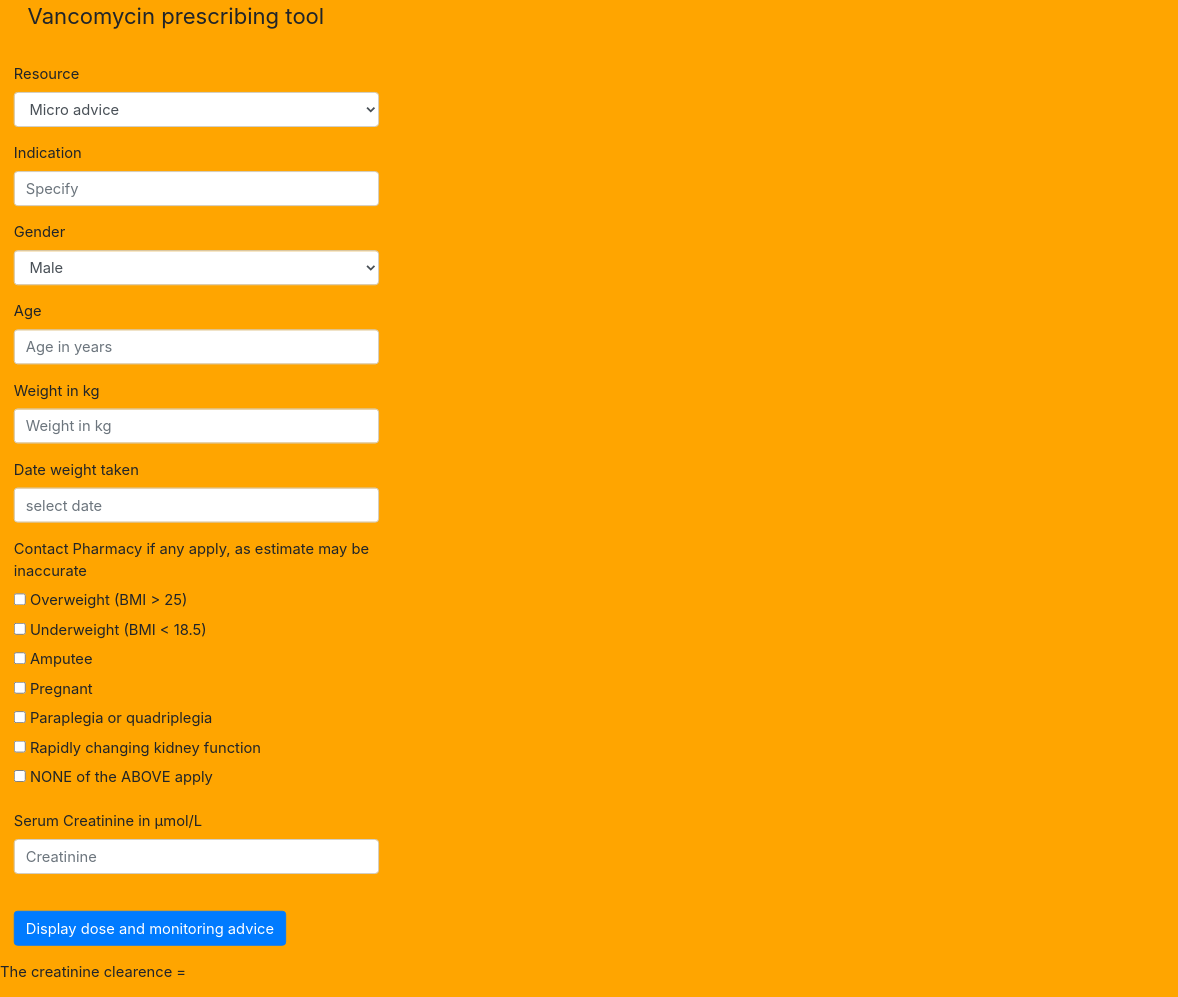
Repository: Mismiles/project-clinical-calculator
Page: index.html
The author's editor kept a record of every edit. The page is drawn from the files as they stood at one moment, then again after the next edit.
The browser window is 1280 px wide. The pictures show the whole page, at 92% of full size.

Above is the page before.
Console error (its wording comes from the project's code and is left out).

After the next edit:
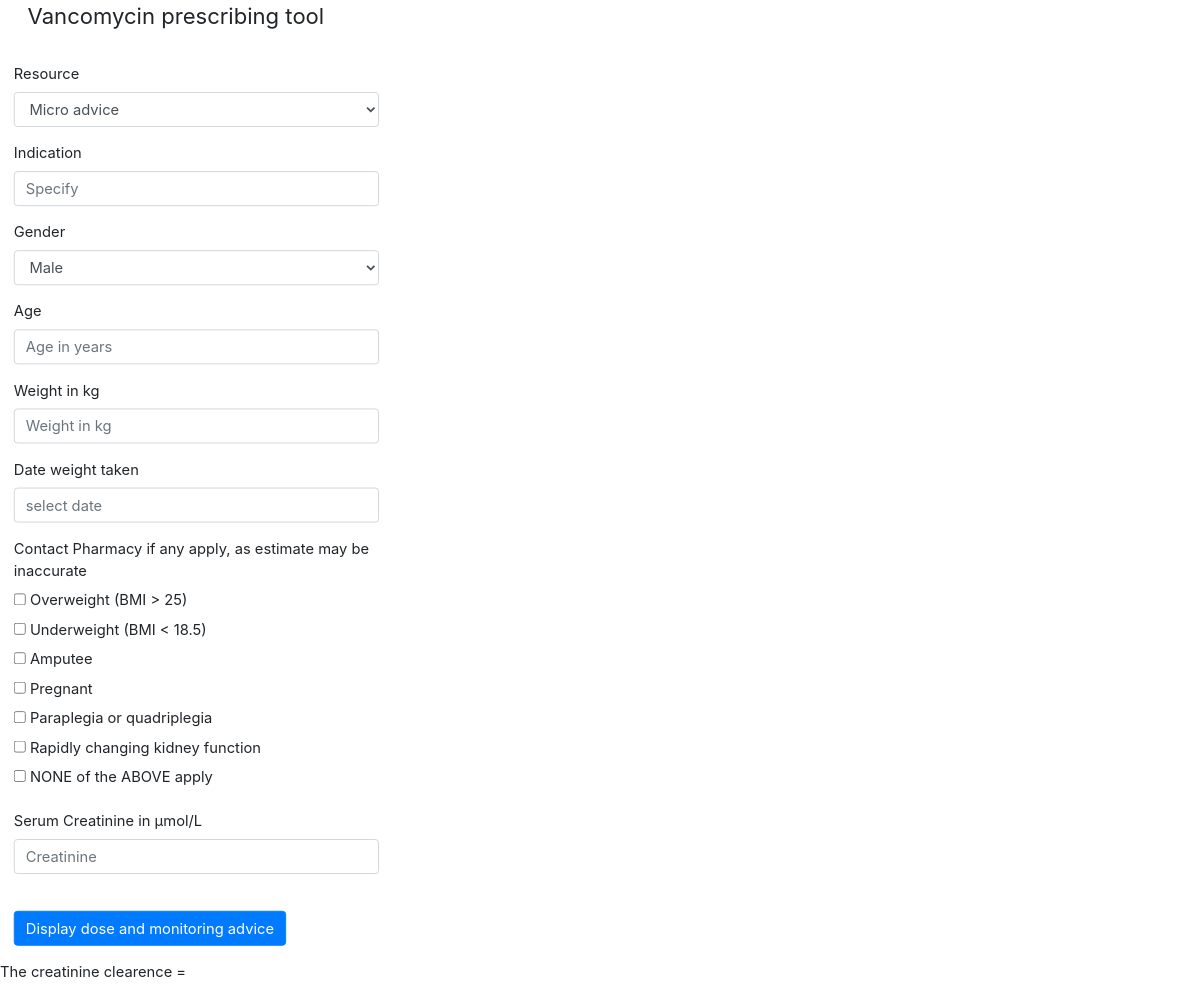
The edit:
--- a/css/stylesheet.css
+++ b/css/stylesheet.css
@@ -1,6 +1,6 @@
 body {
     position: relative;
-    background-color: #FFA500;
+
 }
 
 legend {
